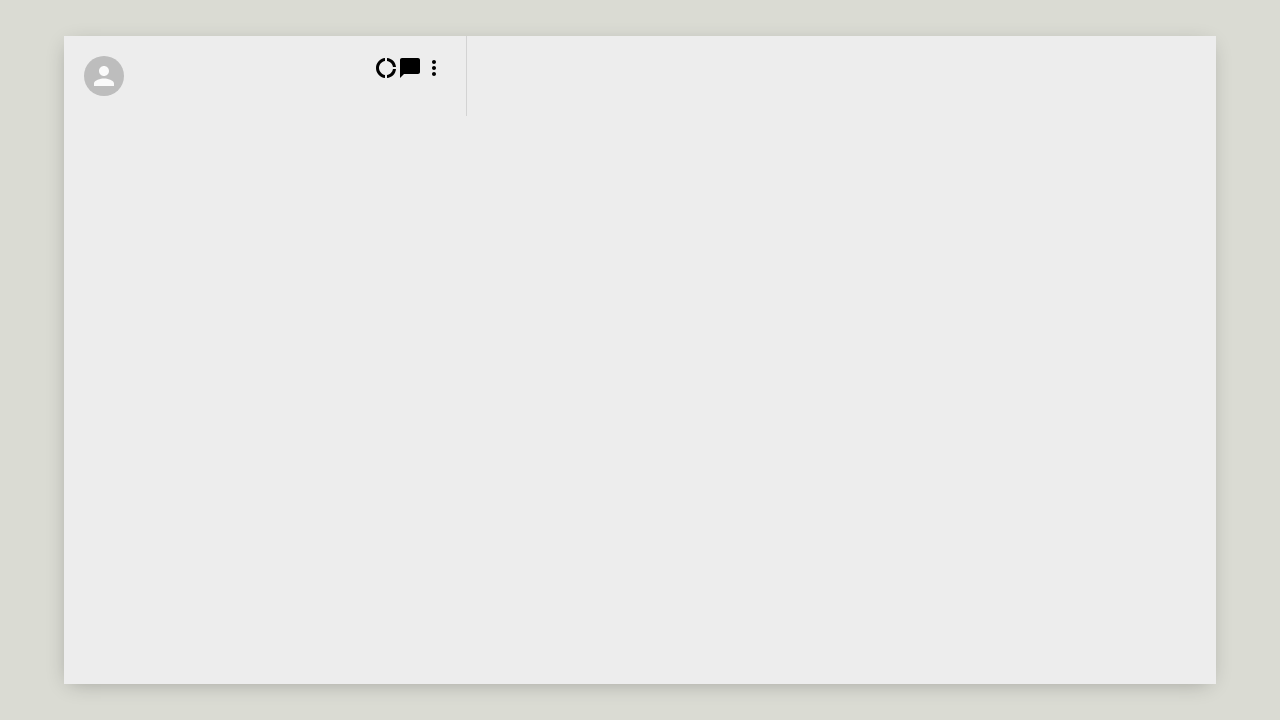
Repository: Prafullkuma/whatsappclon
Page: /
An editor plug-in stored every save of this project. The page is shown before and after the next save, followed by the edit.
The browser window is 1280 px wide. The pictures show the whole page.
The project was rebuilt for these pictures with package versions that can differ from the ones it lists, and the page was loaded fresh each time.

Above is the page before, as saved 2020-08-19 11:49:44.

After the next save:
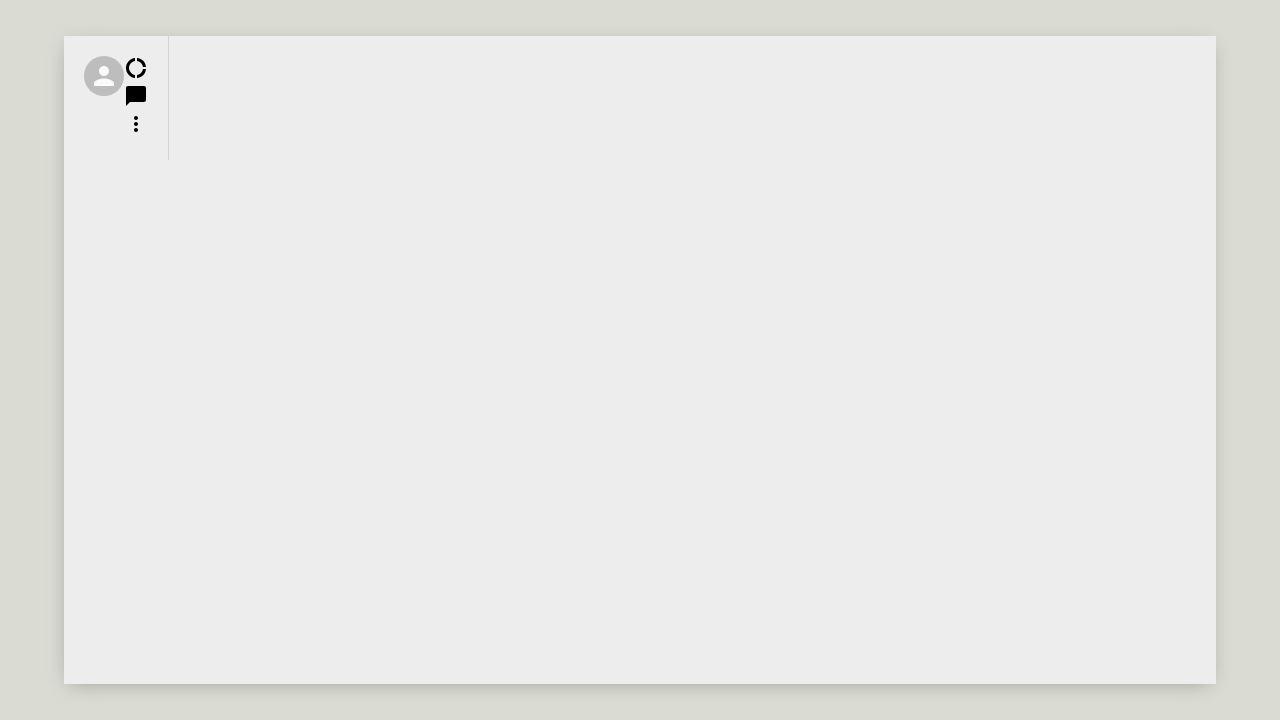
Saved 4 s later.
--- a/src/Component/Sidebar.css
+++ b/src/Component/Sidebar.css
@@ -1,5 +1,5 @@
 .sidebar{
-    flex: 0.35;
+    flex: 0 .35;
 }
 .sidebar_header{
     display: flex;

After the save that followed:
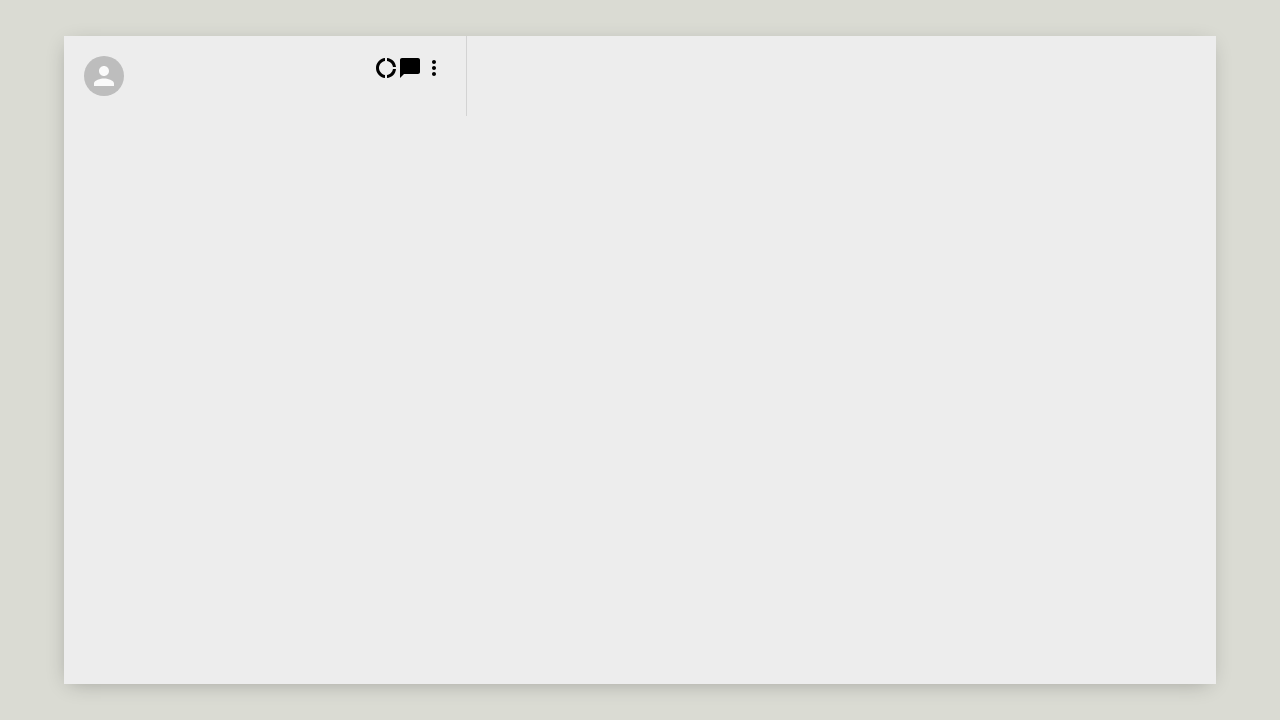
Saved 4 s later.
--- a/src/Component/Sidebar.css
+++ b/src/Component/Sidebar.css
@@ -1,5 +1,5 @@
 .sidebar{
-    flex: 0 .35;
+    flex: 0.35;
 }
 .sidebar_header{
     display: flex;
